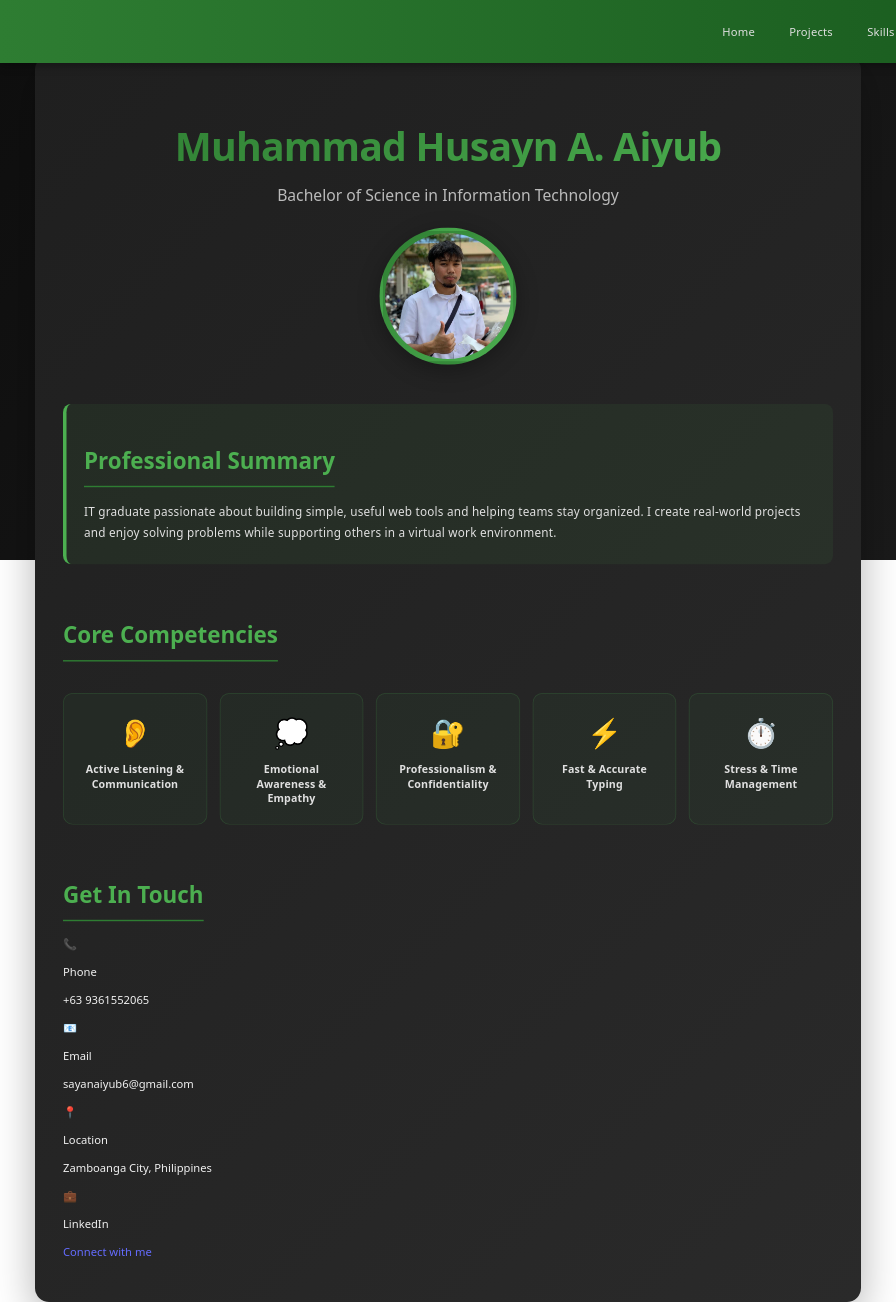
Repository: SAYANA11/portfolio
Page: /
These files come from the project's save history. The page is drawn as it stood at one moment and after the next save; the edit follows.
The browser window is 1280 px wide. The pictures show the whole page, at 70% of full size.
The project was rebuilt for these pictures with package versions that can differ from the ones it lists, and the page was loaded fresh each time. Also part of the build but not shown: vite.config.js, src/components/Projects.css, src/components/Projects.jsx, src/components/Skills.css, src/components/Skills.jsx.

Above is the page before, as saved 2026-02-16 20:45:03.

After the next save:
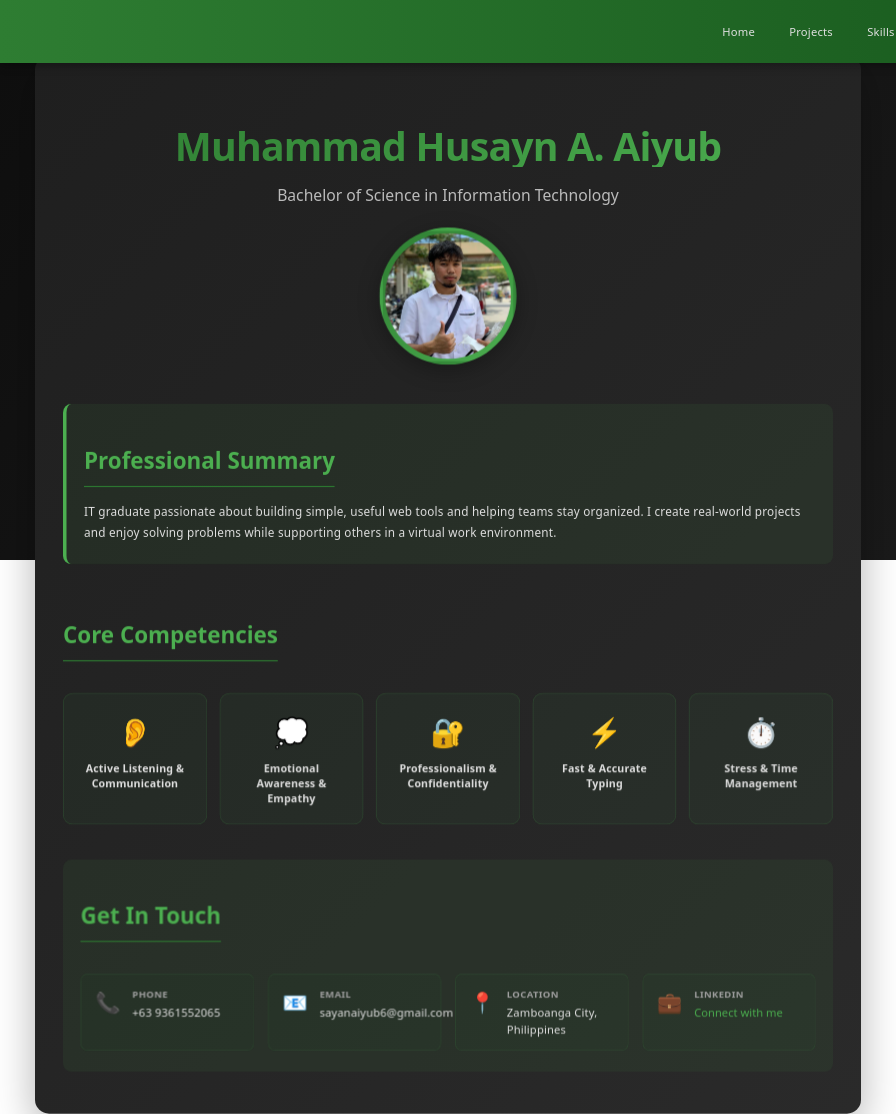
Saved 40 s later.
--- a/src/components/Hero.css
+++ b/src/components/Hero.css
@@ -205,8 +205,10 @@
   font-weight: 600;
   line-height: 1.4;
   letter-spacing: 0.2px;
-      /* Contact Section */
-      .contact-section {
+}
+
+/* Contact Section */
+.contact-section {
   margin-bottom: 0;
   padding: 30px 25px;
   background: rgba(76, 175, 80, 0.08);
